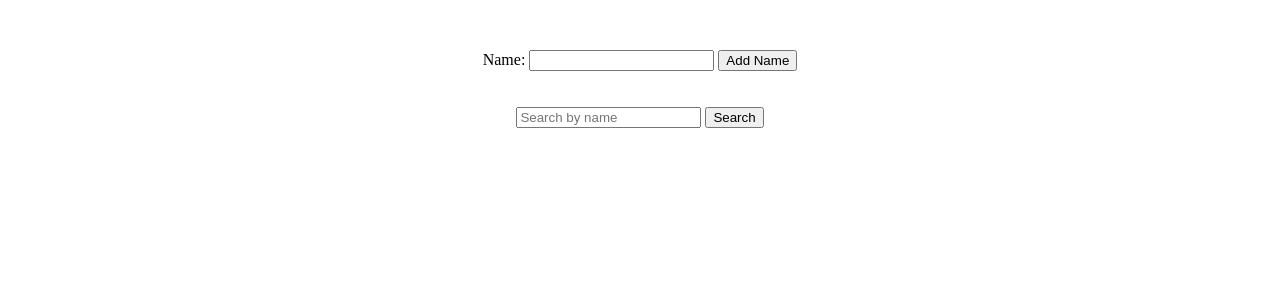
Repository: Theracon/Simple-mysql-node-app
Page: client/index.html
An editor plug-in stored every save of this project. The page is shown before and after the next save, followed by the edit.
The browser window is 1280 px wide. The pictures show the whole page.

Above is the page before, as saved 2021-06-04 09:12:37.

After the next save:
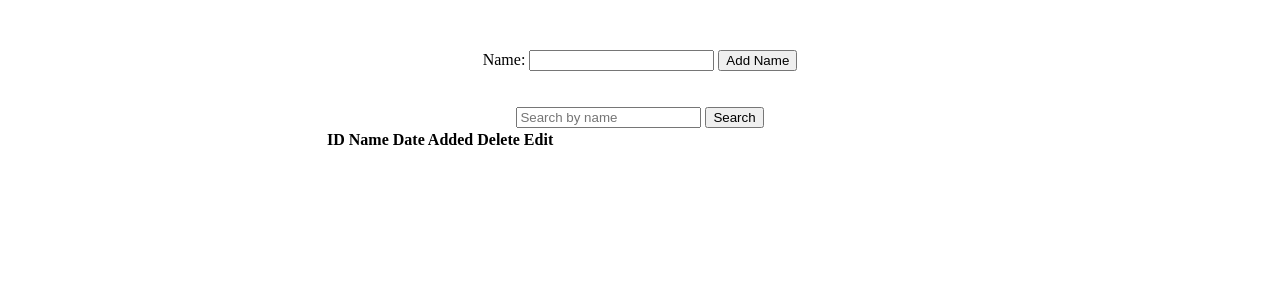
Saved 61 s later.
--- a/client/index.html
+++ b/client/index.html
@@ -24,7 +24,11 @@
 
         <table id="table">
             <thead>
-                <th></th>
+                <th>ID</th>
+                <th>Name</th>
+                <th>Date Added</th>
+                <th>Delete</th>
+                <th>Edit</th>
             </thead>
         </table>
     </main>
